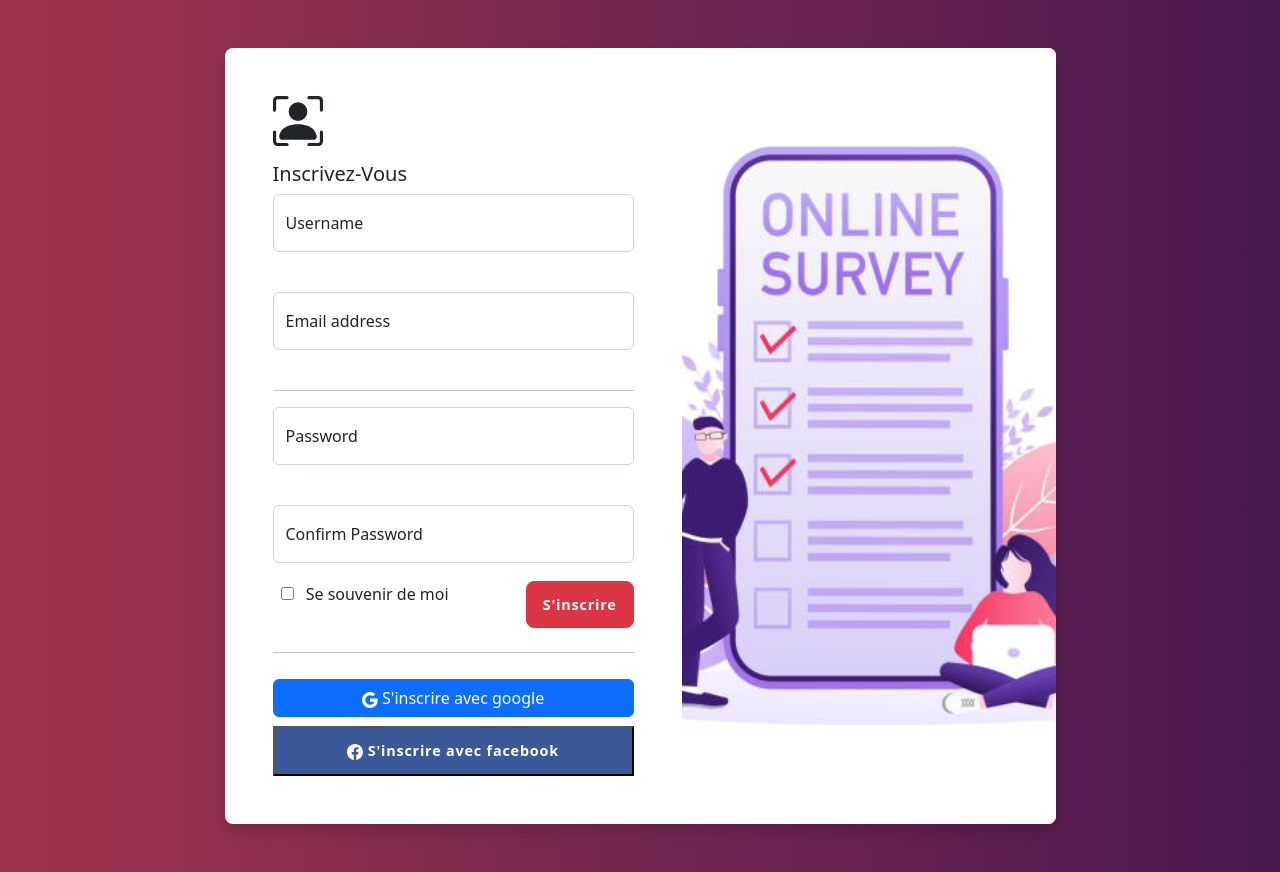
Repository: Djiamil/testsMoustaphaDER
Page: index.html
The author's editor kept a copy of each file at every save. The page is drawn from the files as they stood at one save, then again after the next save.
The browser window is 1280 px wide. The pictures show the whole page.

Above is the page before, as saved 2022-12-09 00:23:20.

After the next save:
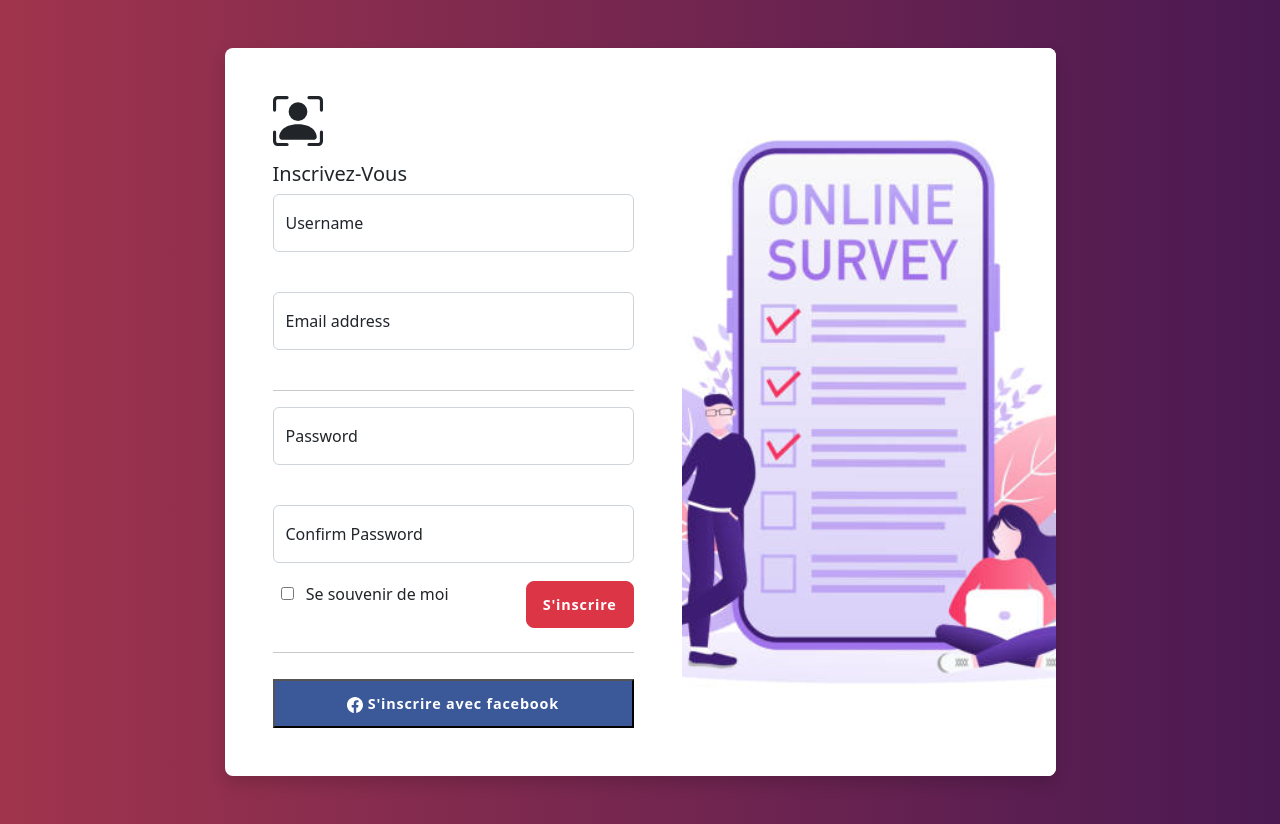
Saved 13 s later.
--- a/index.html
+++ b/index.html
@@ -58,13 +58,7 @@
 
                     <hr class="my-4">
 
-                    <div class="d-grid mb-2">
-                        <button class="btn btn-primary" type="submit">
-                            <svg xmlns="http://www.w3.org/2000/svg" width="16" height="16" fill="currentColor" class="bi bi-google" viewBox="0 0 16 16">
-                                <path d="M15.545 6.558a9.42 9.42 0 0 1 .139 1.626c0 2.434-.87 4.492-2.384 5.885h.002C11.978 15.292 10.158 16 8 16A8 8 0 1 1 8 0a7.689 7.689 0 0 1 5.352 2.082l-2.284 2.284A4.347 4.347 0 0 0 8 3.166c-2.087 0-3.86 1.408-4.492 3.304a4.792 4.792 0 0 0 0 3.063h.003c.635 1.893 2.405 3.301 4.492 3.301 1.078 0 2.004-.276 2.722-.764h-.003a3.702 3.702 0 0 0 1.599-2.431H8v-3.08h7.545z"/>
-                              </svg> S'inscrire avec google
-                        </button>
-                    </div>
+
 
                     <div class="d-grid">
                         <button class="btn-facebook btn-login fw-bold " type="submit">
